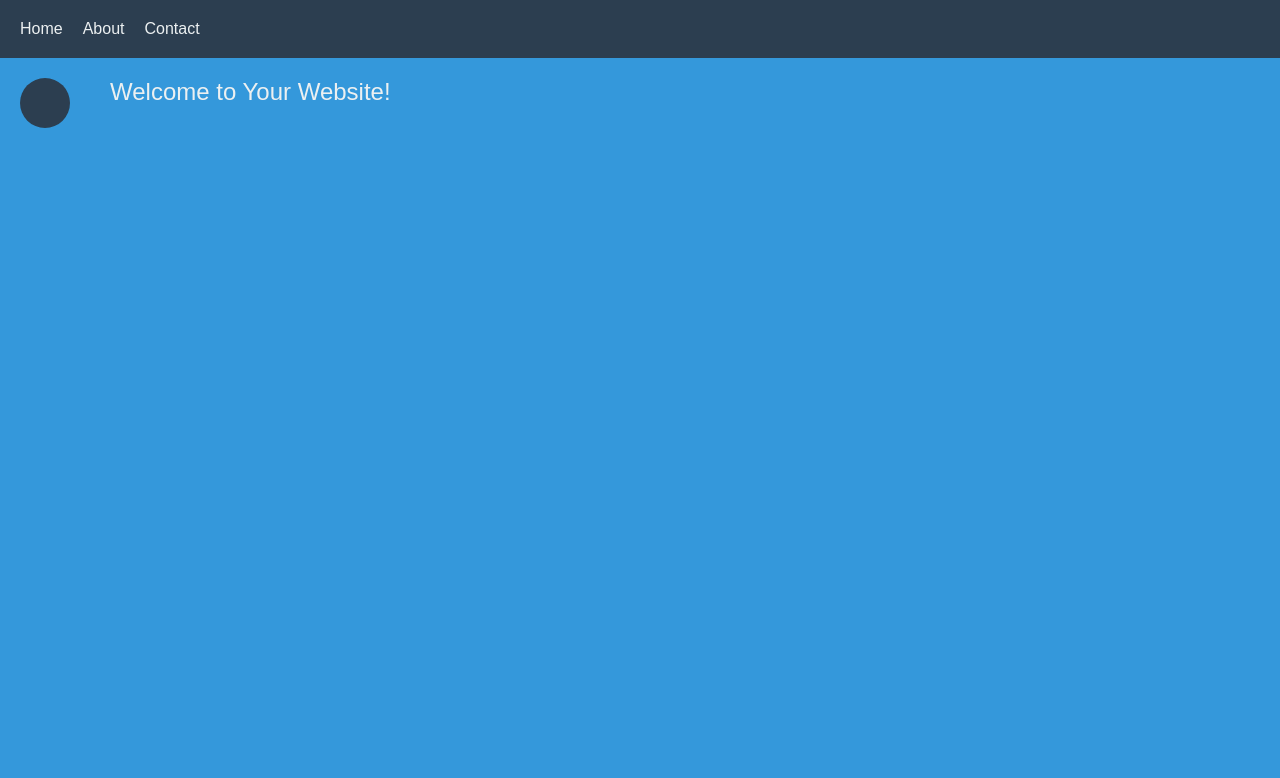
Repository: bliuzley13/Website_Portfolio
Page: Website_Portfolio/index.html
An editor plug-in stored every save of this project. The page is shown before and after the next save, followed by the edit.
The browser window is 1280 px wide. The pictures show the whole page.

Above is the page before, as saved 2024-02-05 17:09:41.

### Website_Portfolio/index.html
<!DOCTYPE html>
<html lang="en">
<head>
    <meta charset="UTF-8">
    <meta name="viewport" content="width=device-width, initial-scale=1.0">
    <title>Your Website</title>
    <style>
        body {
            margin: 0;
            padding: 0;
            font-family: Arial, sans-serif;
            background-color: #3498db; /* Blue background color */
            overflow: hidden;
        }

        #header {
            background-color: #2c3e50; /* Darker blue for the header */
            padding: 20px;
            color: #ecf0f1; /* Light text color */
            display: flex;
            align-items: center;
            justify-content: space-between;
        }

        #menu {
            display: flex;
        }

        .menu-item {
            margin-right: 20px;
            color: #ecf0f1;
            cursor: pointer;
        }

        #content {
            display: flex;
            height: 100vh;
            overflow: hidden;
        }

        #icon {
            width: 50px;
            height: 50px;
            background-color: #2c3e50; /* Darker blue for the icon background */
            margin: 20px;
            border-radius: 50%;
        }

        #main-container {
            flex: 1;
            padding: 20px;
            overflow-y: auto;
            color: #ecf0f1;
        }

        #welcome-animation {
            font-size: 24px;
            color: #ecf0f1;
            animation: fadeIn 2s ease-in-out;
        }

        @keyframes fadeIn {
            0% { opacity: 0; }
            100% { opacity: 1; }
        }
    </style>
</head>
<body>
    <div id="header">
        <div id="menu">
            <div class="menu-item">Home</div>
            <div class="menu-item">About</div>
            <div class="menu-item">Contact</div>
        </div>
    </div>

    <div id="content">
        <div id="icon"></div>
        <div id="main-container">
            <div id="welcome-animation">Welcome to Your Website!</div>
            <!-- Add your content here -->
        </div>
    </div>
</body>
</html>

After the next save:
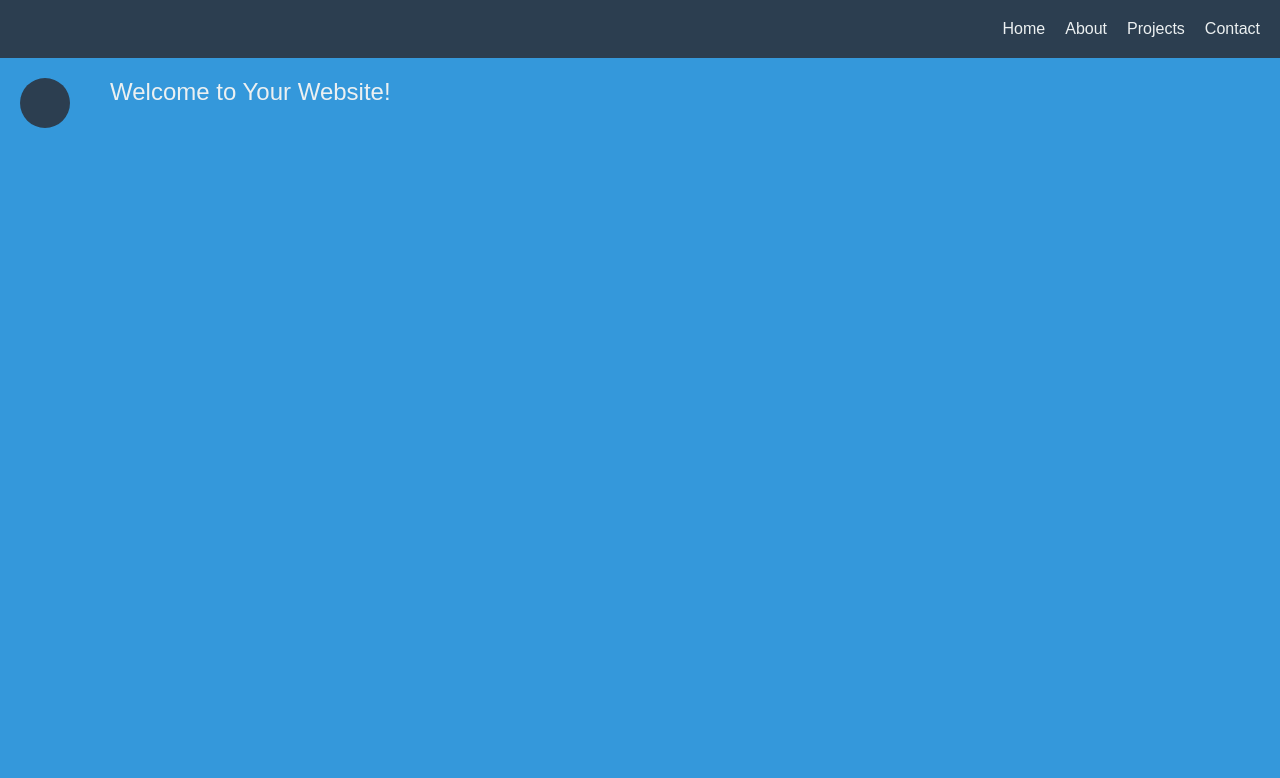
Saved 96 s later.
--- a/Website_Portfolio/index.html
+++ b/Website_Portfolio/index.html
@@ -19,7 +19,7 @@
             color: #ecf0f1; /* Light text color */
             display: flex;
             align-items: center;
-            justify-content: space-between;
+            justify-content: flex-end; /* Align elements to the right */
         }
 
         #menu {
@@ -27,7 +27,7 @@
         }
 
         .menu-item {
-            margin-right: 20px;
+            margin-left: 20px; /* Adjusted margin to separate menu items */
             color: #ecf0f1;
             cursor: pointer;
         }
@@ -70,6 +70,7 @@
         <div id="menu">
             <div class="menu-item">Home</div>
             <div class="menu-item">About</div>
+            <div class="menu-item">Projects</div>
             <div class="menu-item">Contact</div>
         </div>
     </div>
